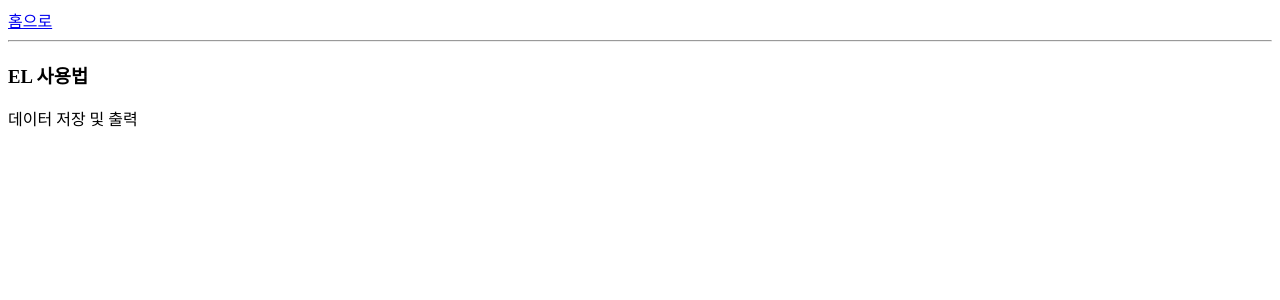
Repository: linklifejo/study_web
Page: http://localhost/servlet02/el/index.jsp
An editor plug-in stored every save of this project. The page is shown before and after the next save, followed by the edit.
The browser window is 1280 px wide. The pictures show the whole page.
The page is served by Tomcat 9.

Above is the page before, as saved 2023-02-07 01:00:16.

After the next save:
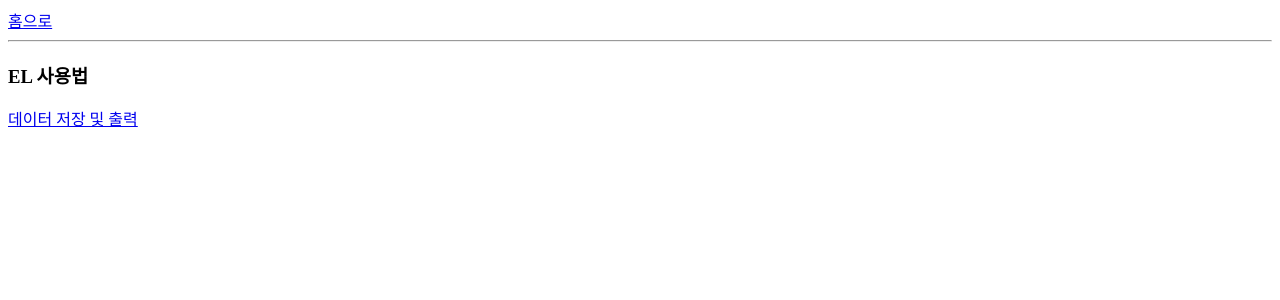
Saved 33 s later.
--- a/servlet02/src/main/webapp/el/index.jsp
+++ b/servlet02/src/main/webapp/el/index.jsp
@@ -10,6 +10,6 @@
 <a href='../'>홈으로</a>
 <hr>
 <h3>EL 사용법</h3>
-<div>데이터 저장 및 출력</div>
+<div><a href='scope_data.jsp'>데이터 저장 및 출력</a></div>
 </body>
 </html>
